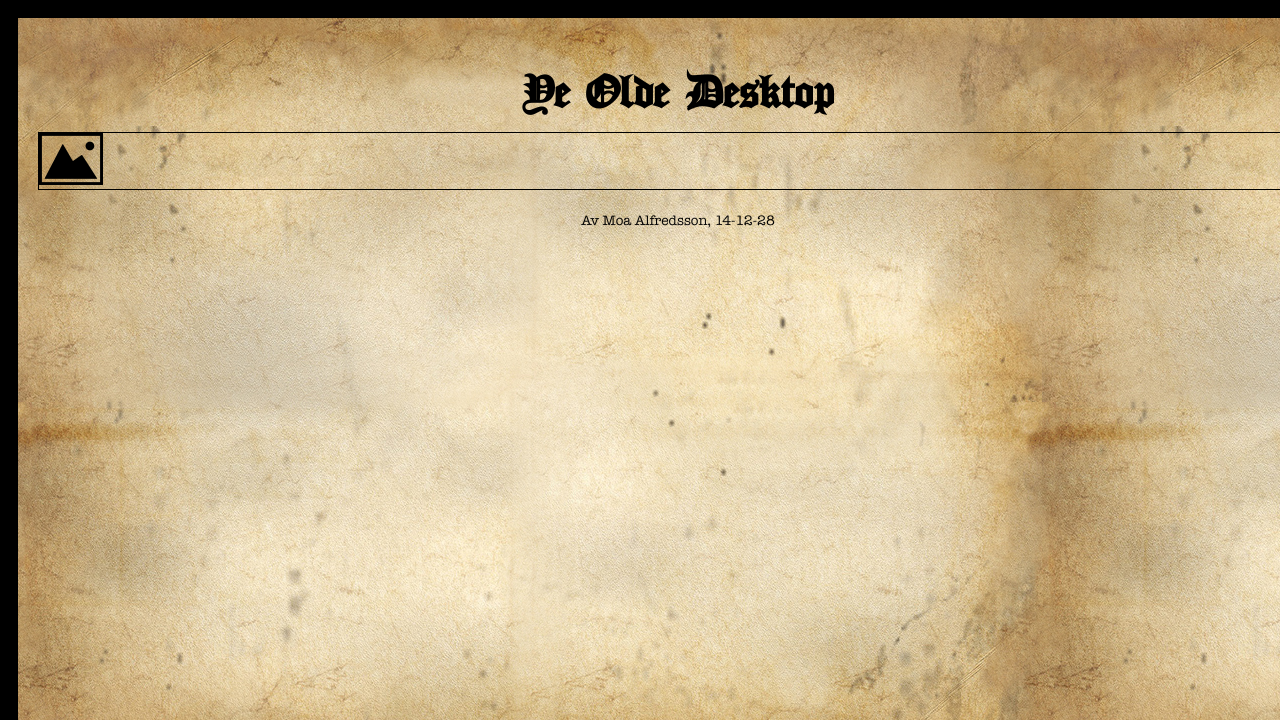
Repository: ma223md/1dv403-laborationer
Page: 5-pwd/index.html
The author's editor kept a record of every edit. The page is drawn from the files as they stood at one moment, then again after the next edit.
The browser window is 1280 px wide. The pictures show the whole page.

Above is the page before.
Console error: TypeError: Failed to execute 'appendChild' on 'Node': parameter 1 is not of type 'Node'.

After the next edit:
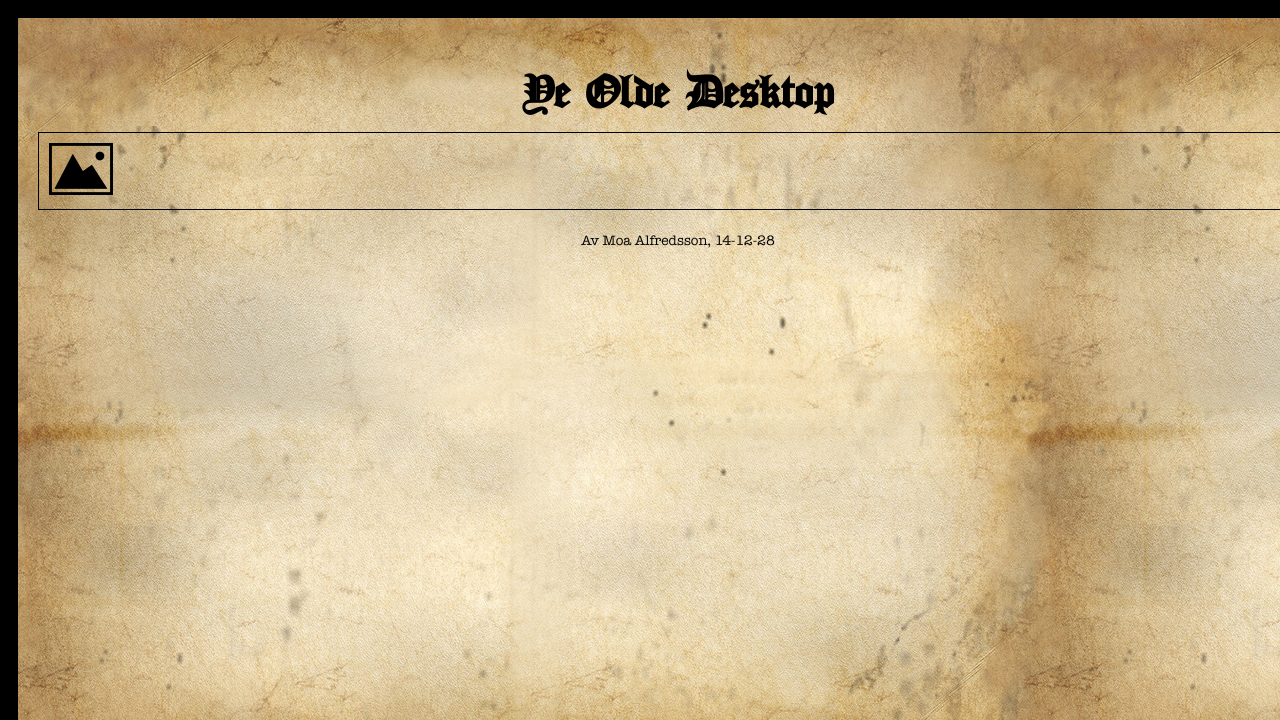
The edit:
--- a/5-pwd/css/pwdstyle.css
+++ b/5-pwd/css/pwdstyle.css
@@ -38,6 +38,10 @@
     border-color: black;
 }
 
+#iconbar {
+    margin: 10px;
+}
+
 p {
     font-family: article;
     font-size: 14px;
